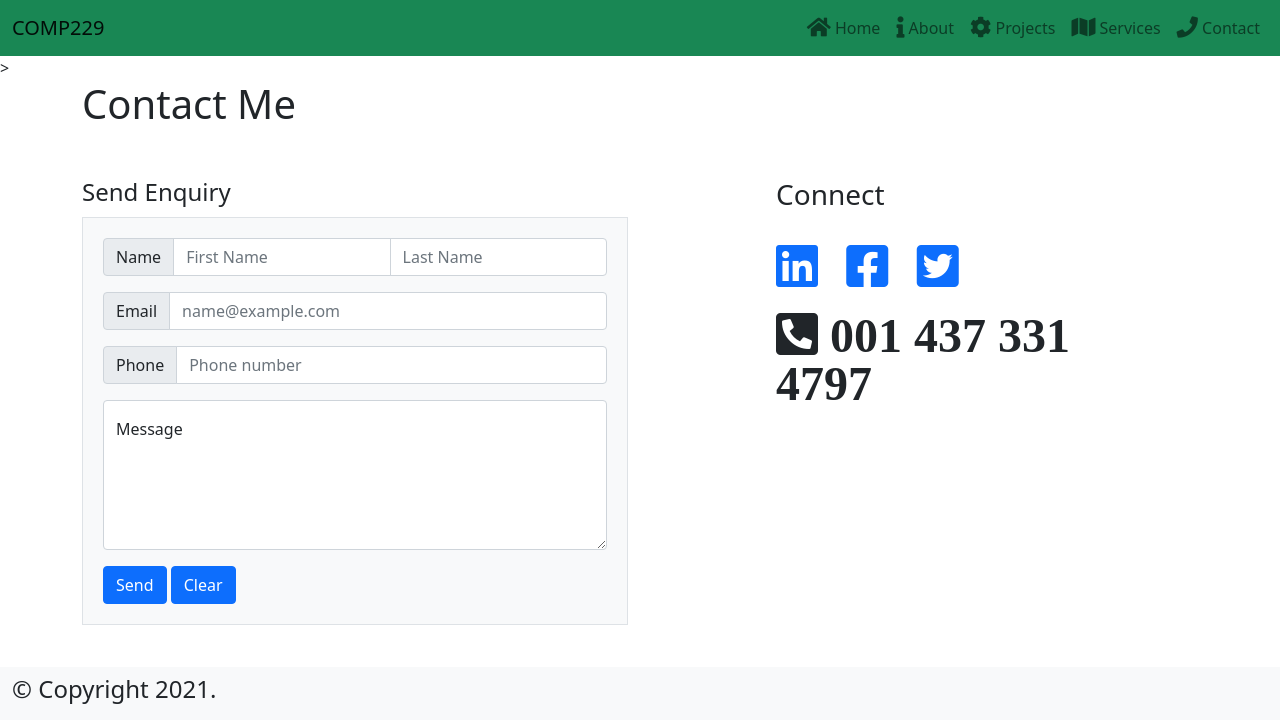
Repository: Mostafa-Asaad/Portfolio
Page: http://localhost/contact
The author's editor kept a copy of each file at every save. The page is drawn from the files as they stood at one save, then again after the next save.
The browser window is 1280 px wide. The pictures show the whole page.
The page is served by the project's Node server (index.js). Other server files are loaded and not shown.

Above is the page before, as saved 2021-06-04 16:21:02.

### Server/Views/index.ejs
<!DOCTYPE html>
<html lang="en">
<head>
  <meta charset="UTF-8">
  <meta http-equiv="X-UA-Compatible" content="IE=edge">
  <meta name="viewport" content="width=device-width, initial-scale=1.0">
  <title><%= title %></title>
  <!-- CSS Section -->
  <link rel="stylesheet" href="/bootstrap/dist/css/bootstrap.min.css">
  <link rel="stylesheet" href="/@fortawesome/fontawesome-free/css/all.min.css">
  <link rel="stylesheet" href="/Content/app.css">
</head>
<body>
  <!-- Navigation Section -->
 <header>
  <%- include('./components/header.ejs') %>
 </header>

  <!--Main Content-->>
  <main>
    <%- include('./content/' + page + '.ejs') %>
  </main>

  <!-- Bottom Nav -->
  <footer>
    <%- include('./components/footer.ejs') %>
  </footer>

  <!-- JavaScript Section -->
  <script src="/jquery/dist/jquery.min.js"></script>
  <script src="/bootstrap/dist/js/bootstrap.min.js"></script>
  <script src="/Scripts/app.js"></script>
</body>
</html>

### Server/Views/components/header.ejs
<nav class="navbar navbar-expand-lg navbar-light bg-success">
    <div class="container-fluid">
      <a class="navbar-brand" href="#">COMP229</a>
      <button class="navbar-toggler" type="button" data-bs-toggle="collapse" data-bs-target="#navbarSupportedContent" aria-controls="navbarSupportedContent" aria-expanded="false" aria-label="Toggle navigation">
        <span class="navbar-toggler-icon"></span>
      </button>
      <div class="collapse navbar-collapse" id="navbarSupportedContent">
        <ul class="navbar-nav ms-auto mb-2 mb-lg-0">
          <li class="nav-item">
            <a class="nav-link" href="/home"><i class="fas fa-home fa-lg"></i> Home</a>
          </li>
          <li class="nav-item">
            <a class="nav-link" href="/about"><i class="fas fa-info fa-lg"></i> About</a>
          </li>
          <li class="nav-item">
            <a class="nav-link" href="/projects"><i class="fas fa-cog fa-lg"></i> Projects</a>
          </li>
          <li class="nav-item">
            <a class="nav-link" href="/services"><i class="fas fa-map fa-lg"></i> Services</a>
          </li>
          <li class="nav-item">
            <a class="nav-link" href="/contact"><i class="fas fa-phone fa-lg"></i> Contact</a>
          </li>
        </ul>
      </div>
    </div>
  </nav>

### Server/Views/content/contact.ejs

<!-- Page Title -->
<div class="container" style= "margin-bottom:50px;" >
  <h1>Contact Me</h1>
</div>

<!-- Message form -->

<div class="container">
  <div class="row align-items-start">
    <div class="col-6">
      <div style= "margin-bottom:10px;">
       <h4>Send Enquiry</h4>
      </div>
      <div class="col border border-bottom rounded-lg bg-light">
       <div style= "margin:20px;">
    <!-- First and last name -->
          <div class="input-group mb-3"  >
            <span class="input-group-text">Name</span>
            <input type="text" placeholder="First Name" aria-label="First name" class="form-control">
            <input type="text" placeholder="Last Name" aria-label="Last name" class="form-control">
          </div>
    <!-- email Form -->
          <div class="input-group flex-nowrap mb-3">
            <span class="input-group-text" id="addon-wrapping">Email</span>
            <input type="text" class="form-control" placeholder="name@example.com" aria-label="email address" aria-describedby="addon-wrapping">
           </div>
    <!-- Phone number -->
          <div class="input-group mb-3">
            <span class="input-group-text" id="inputGroup-sizing-default">Phone</span>
            <input type="text" placeholder="Phone number" class="form-control" aria-label="Sizing example input" aria-describedby="inputGroup-sizing-default">
          </div>
    <!-- Comments -->
          <div class="form-floating mb-3">
            <textarea class="form-control" placeholder="Leave a comment here" id="floatingTextarea2" style="height: 150px"></textarea>
            <label for="floatingTextarea2">Message</label>
          </div>
    <!-- Click Buttons -->
          <input class="btn btn-primary" type="submit" value="Send" >
          <input class="btn btn-primary" type="submit" value="Clear" >
        </div>
      </div>
    </div>
  <!-- Connect Buttons -->
    <div class="col">
      <div class="container-fluid ">
        <div style= "margin-left:100px;">
          <div style= "margin-bottom:30px;">
            <h3>Connect</h3>
          </div>
          <div class="row align-items-start" style= "margin-bottom:20px;">
            <div class="col-2 margin-bottom:30px">
              <a class="link" href="https://www.linkedin.com/in/mostafa-asaad/"><i class="fab fa-linkedin fa-3x"></i></a>
            </div>
            <div class="col-2">
              <a class="link" href="https://www.facebook.com/"><i class="fab fa-facebook-square fa-3x"></i></a>
            </div>
            <div class="col-2">
              <a class="link" href="https://twitter.com/Moe_Asd"><i class="fab fa-twitter-square fa-3x"></i></a>
            </div>
          </div>
          <i class="fas fa-phone-square-alt fa-3x"> 001 437 331 4797</i>
        </div>
      </div>
    </div>
  </div>
 </div>

### Server/Views/components/footer.ejs
<nav class="navbar fixed-bottom navbar-light bg-light">
    <div class="container-fluid">
      <h4>&copy; Copyright 2021.</h4>
    </div>
  </nav>

### index.js
#!/usr/bin/env node
"use strict";
var __importDefault = (this && this.__importDefault) || function (mod) {
    return (mod && mod.__esModule) ? mod : { "default": mod };
};
Object.defineProperty(exports, "__esModule", { value: true });
const app_1 = __importDefault(require("./Server/Config/app"));
const debug_1 = __importDefault(require("debug"));
debug_1.default('week-4d:server');
const http_1 = __importDefault(require("http"));
let port = normalizePort(process.env.PORT || '3000');
app_1.default.set('port', port);
let server = http_1.default.createServer(app_1.default);
server.listen(port);
server.on('error', onError);
server.on('listening', onListening);
function normalizePort(val) {
    let port = parseInt(val, 10);
    if (isNaN(port)) {
        return val;
    }
    if (port >= 0) {
        return port;
    }
    return false;
}
function onError(error) {
    if (error.syscall !== 'listen') {
        throw error;
    }
    var bind = typeof port === 'string'
        ? 'Pipe ' + port
        : 'Port ' + port;
    switch (error.code) {
        case 'EACCES':
            console.error(bind + ' requires elevated privileges');
            process.exit(1);
            break;
        case 'EADDRINUSE':
            console.error(bind + ' is already in use');
            process.exit(1);
            break;
        default:
            throw error;
    }
}
function onListening() {
    let addr = server.address();
    let bind = typeof addr === 'string'
        ? 'pipe ' + addr
        : 'port ' + addr.port;
    debug_1.default('Listening on ' + bind);
}
//# sourceMappingURL=index.js.map

### Server/Routes/index.js
"use strict";
var __importDefault = (this && this.__importDefault) || function (mod) {
    return (mod && mod.__esModule) ? mod : { "default": mod };
};
Object.defineProperty(exports, "__esModule", { value: true });
const express_1 = __importDefault(require("express"));
const router = express_1.default.Router();
exports.default = router;
router.get('/', function (req, res, next) {
    res.render('index', { title: 'Home', page: 'home' });
});
router.get('/home', function (req, res, next) {
    res.render('index', { title: 'Home', page: 'home' });
});
router.get('/about', function (req, res, next) {
    res.render('index', { title: 'About Us', page: 'about' });
});
router.get('/projects', function (req, res, next) {
    res.render('index', { title: 'Our Projects', page: 'projects' });
});
router.get('/services', function (req, res, next) {
    res.render('index', { title: 'Our Services', page: 'services' });
});
router.get('/contact', function (req, res, next) {
    res.render('index', { title: 'Contact Us', page: 'contact' });
});
//# sourceMappingURL=index.js.map

### Client/Content/app.css
/* your custom css goes here */

### Client/Scripts/app.js
"use strict";
(function () {
    function Start() {
        console.log("App Started");
    }
    window.addEventListener("load", Start);
})();
//# sourceMappingURL=app.js.map

After the next save:
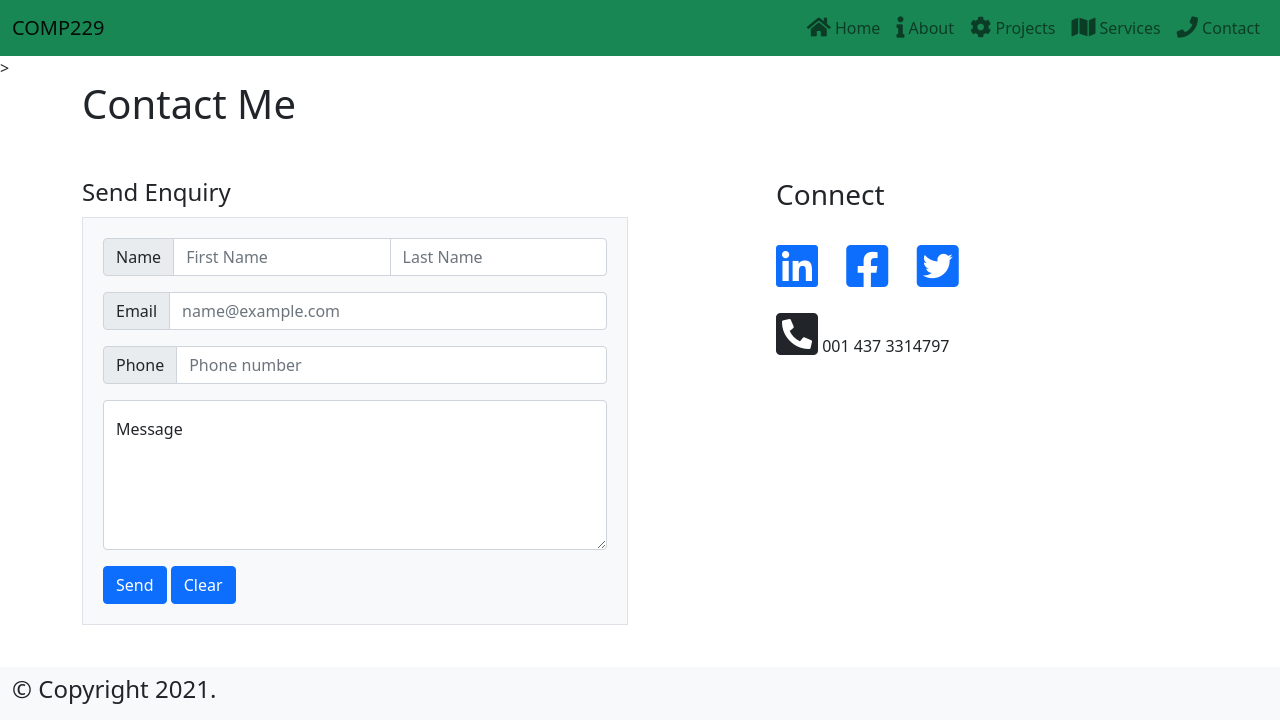
Saved 62 s later.
--- a/Server/Views/content/contact.ejs
+++ b/Server/Views/content/contact.ejs
@@ -59,7 +59,7 @@
               <a class="link" href="https://twitter.com/Moe_Asd"><i class="fab fa-twitter-square fa-3x"></i></a>
             </div>
           </div>
-          <i class="fas fa-phone-square-alt fa-3x"> 001 437 331 4797</i>
+          <i class="fas fa-phone-square-alt fa-3x"></i> 001 437 3314797</a>
         </div>
       </div>
     </div>
